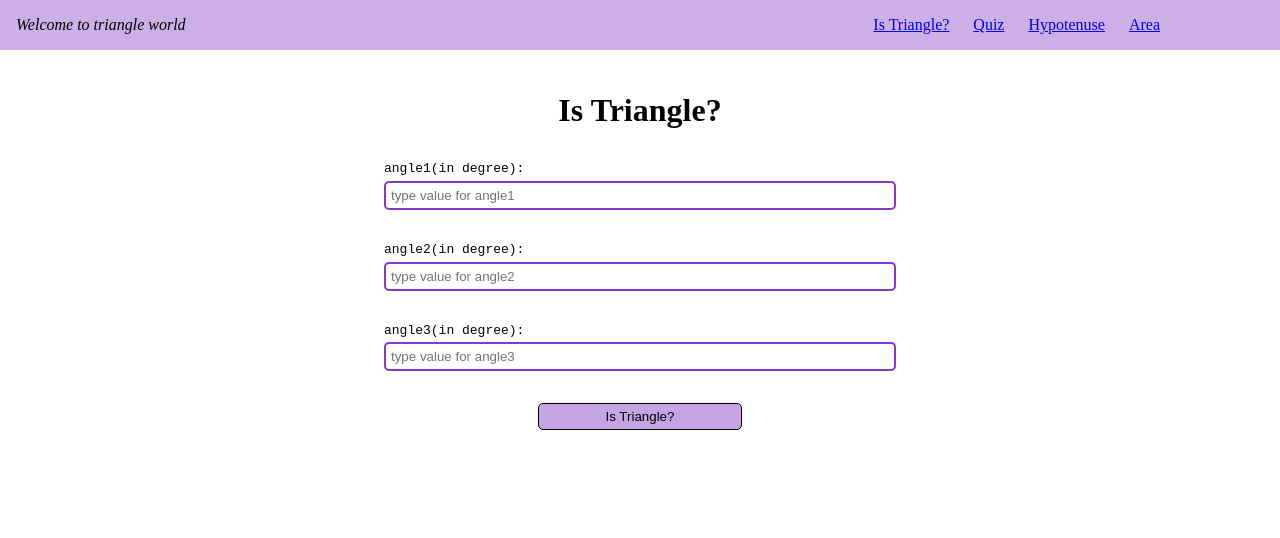
Repository: patelamancode/Fun-with-trianles
Page: index.html
The author's editor kept a copy of each file at every save. The page is drawn from the files as they stood at one save, then again after the next save.
The browser window is 1280 px wide. The pictures show the whole page.

Above is the page before, as saved 2022-11-29 01:32:35.

### index.html
<!DOCTYPE html>
<html lang="en">

<head>
    <meta charset="UTF-8">
    <meta http-equiv="X-UA-Compatible" content="IE=edge">
    <meta name="viewport" content="width=device-width, initial-scale=1.0">
    <link rel="stylesheet" href="index.css">
    <title>Fun-With-Triangles</title>
</head>

<body>
    <nav id="navbar">
        <p id="nav-title">Welcome to triangle world</p>
        <div id="nav-links">
            <a href="index.html" id="Is-triangle">Is Triangle?</a>
            <a href="quiz.html" id="quiz">Quiz</a>
            <a href="hypotenuse.html" id="hypo">Hypotenuse</a>
            <a href="area.html" id="area">Area</a>
        </div>
    </nav>
    <div id="main-container">
        <h1>Is Triangle?</h1>
        <p id="error-check-for-angles"></p>
        <label for="angle1">angle1(in degree):</label>
        <input type="number" id="angle1-input" placeholder="type value for angle1">
        <label for="angle2">angle2(in degree):</label>
        <input type="number" id="angle2-input" placeholder="type value for angle2">
        <label for="angle3">angle3(in degree):</label>
        <input type="number" id="angle3-input" placeholder="type value for angle3">
        <button id="check-btn">Is Triangle?</button>
        <h2 id="result-display"></h2>
    </div>
    <script src="index.js"></script>
</body>

</html>

### index.css
* {
  margin: 0;
  padding: 0;
}

#navbar {
  background-color: rgba(143, 82, 201, 0.459);
  display: flex;
  flex-direction: row;
  justify-content: space-between;
  padding: 1rem;
}
#nav-title {
  font-style: italic;
  font-weight: 300;
  font-size: medium;
}
#nav-links {
  display: flex;
  flex-direction: row;
  justify-content: space-around;
  margin-right: 5rem;
}

#nav-links a {
    display: flex;
    margin-right: 1.5rem;
    cursor: pointer;
}

#main-container {
  display: flex;
  flex-direction: column;
  width: 40vw;
  margin: auto;
  margin-top: 2rem;
  padding: 10px;
  text-align: center;
}

.app-title {
  margin: 2rem 0 0 0;
}

#error-check-for-angles{
  background-color: yellow;
  display: none;
  padding: 0.5rem;
}

label {
  margin-top: 2rem;
  margin-bottom: 0.3rem;
  text-align: left;
  font-family: monospace;
}
input {
  border: 2px solid rgb(134, 55, 207);
  border-radius: 5px;
  padding: 5px;
}

/* For Quiz page */

.question-container{
  display: flex;
  flex-direction: column;
  width: 50vw;
  margin: auto;
  padding: 10px;

}
.question-container p{
  text-align: left;
  margin-top: 2rem;
  padding-bottom: 10px;
}
.question-container .quiz-option{
  margin-top: 5px;
}



#check-btn, #submit-btn {
  margin: auto;
  text-align: center;
  margin-top: 2rem;
  width: 40%;
  padding: 5px 0px;
  background-color: rgba(143, 82, 201, 0.521);
  border: 1px solid;
  border-radius: 5px;
}
#result-display {
    display: none;
    padding-top: 1rem;
    font-style: italic;
    margin: auto;
  }

### index.js
const angle1 = document.querySelector('#angle1-input');
const angle2 = document.querySelector('#angle2-input');
const angle3 = document.querySelector('#angle3-input');
const button = document.querySelector('#check-btn');
const output = document.querySelector('#result-display');
const errorForInputs = document.querySelector('#error-check-for-angles');

function showOutputMessage(msg){
    output.style.display = "flex";
    output.innerText = msg;
}

function calculateSumOfAngles(input1,input2,input3){
    let sumOfAngles = input1 + input2 + input3;
    console.log(sumOfAngles);
    if(sumOfAngles === 180){
        showOutputMessage("Yeah..🤗This is a triangle");
    }else showOutputMessage("Please enter some valid inputs to form a triangle 🤪");
}
function isTriangle(){
    var num1 = Number(angle1.value);
    var num2 = Number(angle2.value);
    var num3 = Number(angle3.value);
    if(!num1 || !num2 || !num3){
        showOutputMessage("Please make sure about all inputs as per mention format");
    }else {
        calculateSumOfAngles(num1,num3,num3);
    }
}







button.addEventListener('click', function(){
    isTriangle();
})

After the next save:
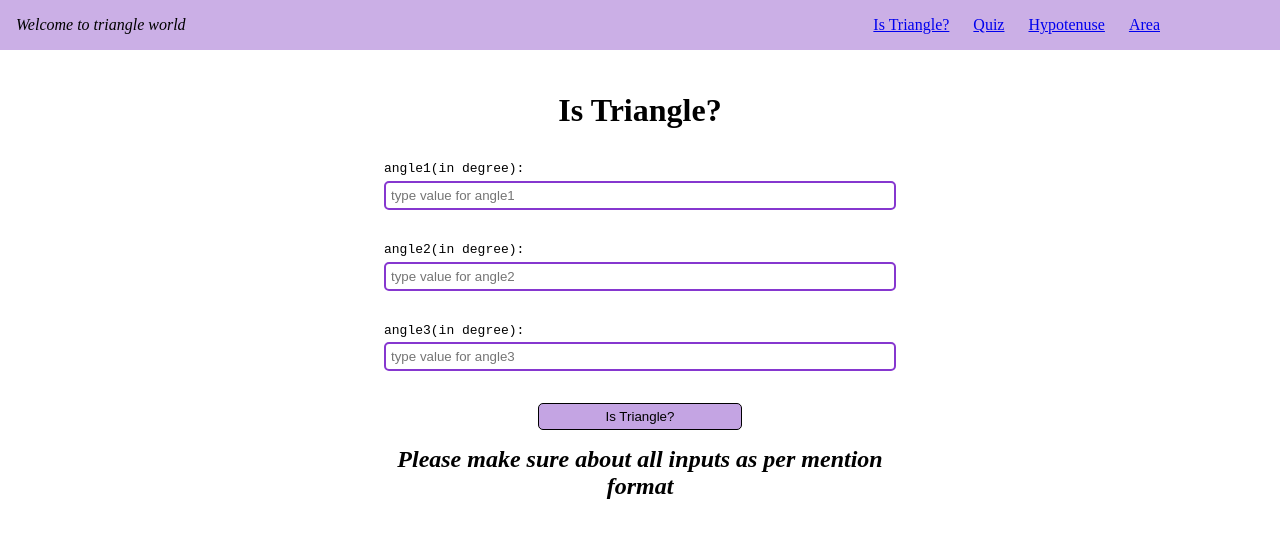
Saved 46 s later.
--- a/index.js
+++ b/index.js
@@ -28,12 +28,4 @@
     }
 }
 
-
-
-
-
-
-
-button.addEventListener('click', function(){
-    isTriangle();
-})
+button.addEventListener('click', isTriangle());

After the save that followed:
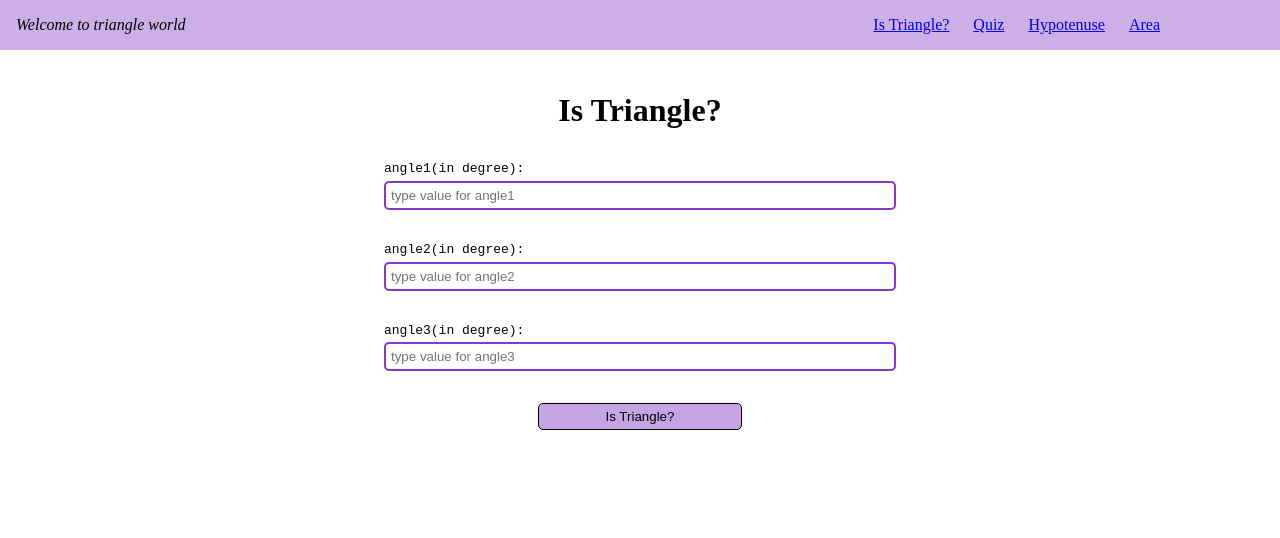
Saved 63 s later.
--- a/index.js
+++ b/index.js
@@ -28,4 +28,6 @@
     }
 }
 
-button.addEventListener('click', isTriangle());
+button.addEventListener('click', function(){
+    isTriangle();
+});
